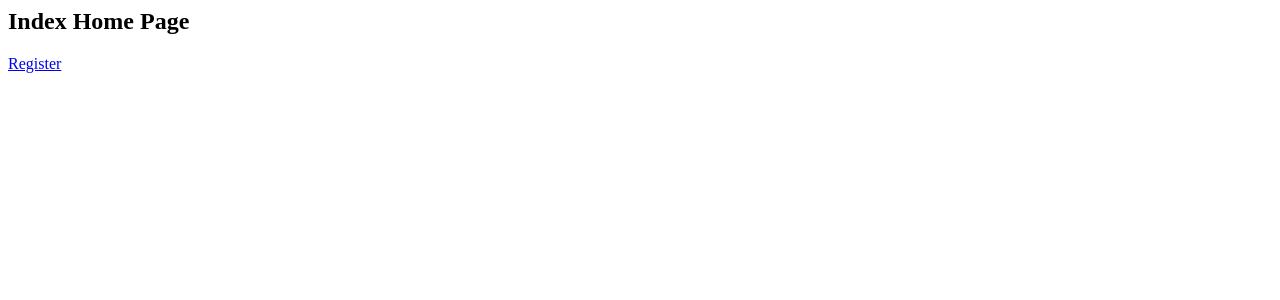
Repository: Nitin-Kalshetty/Training_Java
Page: http://localhost/SpringMvc2/
An editor plug-in stored every save of this project. The page is shown before and after the next save, followed by the edit.
The browser window is 1280 px wide. The pictures show the whole page.
The page is served by Tomcat 9. Other server files are loaded and not shown.

Above is the page before, as saved 2023-06-01 18:13:30.

### SpringMvc2/src/main/webapp/index.jsp
<html>
<body>
<h2>Index Home Page</h2>
<a href="register" >Register</a>
</body>
</html>

After the next save:
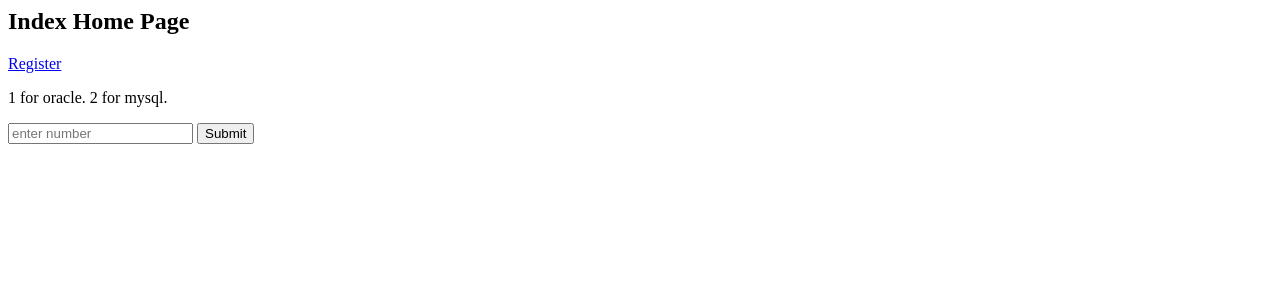
Saved 28 s later.
--- a/SpringMvc2/src/main/webapp/index.jsp
+++ b/SpringMvc2/src/main/webapp/index.jsp
@@ -2,5 +2,11 @@
 <body>
 <h2>Index Home Page</h2>
 <a href="register" >Register</a>
+<form action="loadProperties" method="post" >
+ <p>1 for oracle.   2 for mysql.     <p>
+	<input type="number" placeholder="enter number" name="database"/>
+	<input type="submit" value="Submit" />
+</form>
+
 </body>
 </html>
